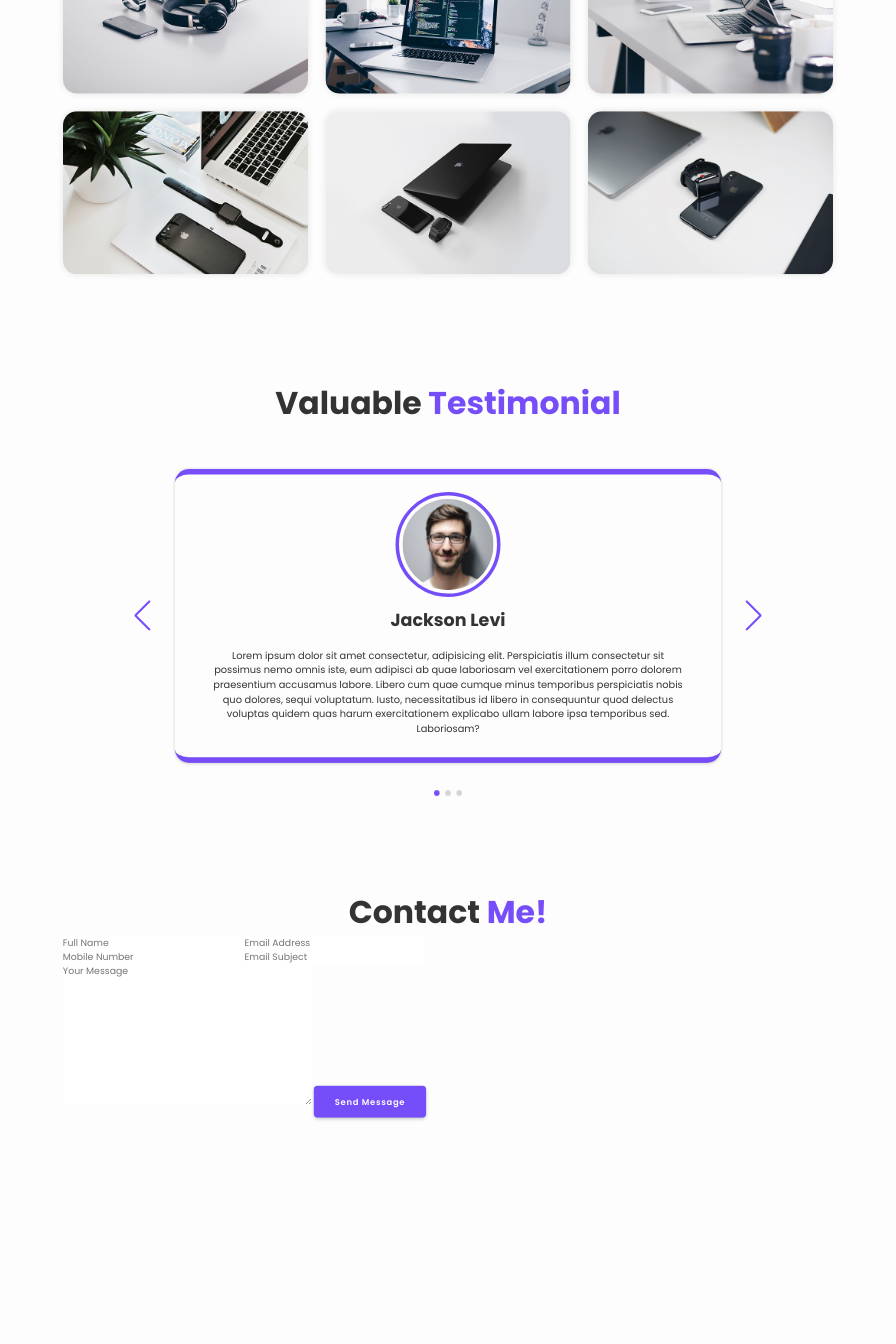
Repository: Gabi-Augusto/Portfolio
Page: index.html
These files come from the project's save history. The page is drawn as it stood at one moment and after the next save; the edit follows.
The browser window is 1280 px wide. The pictures show the part of the page from y = 2417 to 4337 px (the page is 4337 px tall), at 70% of full size.

Above is the page before, as saved 2023-11-29 20:50:51.

### index.html
<!DOCTYPE html>
<html lang="en">

<head>
    <meta charset="UTF-8">
    <meta http-equiv="X-UA-Compatible" content="IE=edge">
    <meta name="viewport" content="width=device-width, initial-scale=1.0">
    <title>Portfolio Website Design | Gabriela Augusto</title>

    <!-- swiper css -->
    <link rel="stylesheet" href="https://cdn.jsdelivr.net/npm/swiper@9/swiper-bundle.min.css" />

    <!-- box icons -->
    <link href='https://unpkg.com/boxicons@2.1.4/css/boxicons.min.css' rel='stylesheet'>

    <!-- custom css -->
    <link rel="stylesheet" href="css/style.css">
</head>

<body>

    <!-- header design -->
    <header class="header">
        <a href="#" class="logo">Portfolio.</a>

        <nav class="navbar">
            <a href="#home" class="active">Home</a>
            <a href="#about">About</a>
            <a href="#services">Services</a>
            <a href="#portfolio">Portfolio</a>
            <a href="#contact">Contact</a>
        </nav>

        <div class="bx bx-moon" id="darkMode-icon"></div>
    </header>

    <!-- home section design -->
    <section class="home" id="home">
        <div class="home-content">
            <h3>Hello, I am</h3>
            <h1>Gabriela Augusto</h1>
            <p>Lorem ipsum, dolor sit amet consectetur adipisicing elit. Veritatis sequi amet numquam sunt eius quae deleniti dolore voluptatum.</p>

            <div class="social-media">
                <a href="#"><i class='bx bxl-instagram-alt'></i></a>
                <a href="#"><i class='bx bxl-linkedin' ></i></a>
                <a href="#"><i class='bx bxl-github' ></i></a>
            </div>

            <a href="#" class="btn">Download CV</a>
        </div>

        <div class="profession-container">
            <div class="profession-box">
                <div class="profession" style="--i:0;">
                    <i class='bx bx-cloud'></i>
                    <h3>Salesforce Developer</h3>
                </div>
                <div class="profession" style="--i:1;">
                    <i class='bx bx-bulb'></i>
                    <h3>Business Analyst</h3>
                </div>
                <div class="profession" style="--i:2;">
                    <i class='bx bx-palette'></i>
                    <h3>Web Designer</h3>
                </div>
                <div class="profession" style="--i:3;">
                    <i class='bx bx-code-alt' ></i>
                    <h3>FullStack Developer</h3>
                </div>
                <div class="circle"></div>
            </div>
            <div class="overlay"></div>
        </div>
        <div class="home-img">
            <img src="imagens/home.png" alt="">
        </div>
    </section>

    <!-- about section design -->

    <section class="about" id="about">
        <div class="about-img">
            <img src="imagens/about.png" alt="">
        </div>

        <div class="about-content">
            <h2 class="heading">About <span>Me</span></h2>
            <h3>Hi, I'm Here To Help Your Next Project!</h3>
            <p>Lorem ipsum dolor sit, amet consectetur adipisicing elit. Consequatur laudantium reiciendis voluptates maxime optio cumque accusantium sunt temporibus cupiditate! Sed mollitia id doloribus nesciunt odit harum, praesentium aliquid. Soluta, harum est eveniet quos provident veritatis eaque ullam voluptate laudantium deleniti?</p>
            <a href="#" class="btn">Read More</a>
        </div>
    </section>

    <!-- services section design -->

    <section class="services" id="services">
        <h2 class="heading">My <span>Services</span></h2>

        <div class="services-container">
            <div class="services-box">
                <i class='bx bx-code-alt' ></i>
                <h3>Salesforce Development</h3>
                <p>Lorem ipsum dolor sit amet consectetur adipisicing elit. Corrupti quidem blanditiis error dignissimos. Quos eligendi totam quod nesciunt modi harum incidunt accusamus.</p>
                <a href="#" class="btn">Read More</a>
            </div>
            <div class="services-box">
                <i class='bx bxs-paint'></i>
                <h3>Graphic Design</h3>
                <p>Lorem ipsum dolor sit amet consectetur adipisicing elit. Corrupti quidem blanditiis error dignissimos. Quos eligendi totam quod nesciunt modi harum incidunt accusamus.</p>
                <a href="#" class="btn">Read More</a>
            </div>
            <div class="services-box">
                <i class='bx bx-bar-chart-alt'></i>
                <h3>Digital Marketing</h3>
                <p>Lorem ipsum dolor sit amet consectetur adipisicing elit. Corrupti quidem blanditiis error dignissimos. Quos eligendi totam quod nesciunt modi harum incidunt accusamus.</p>
                <a href="#" class="btn">Read More</a>
            </div>
        </div>
    </section>

    <!-- portfolio section design -->

    <section class="portfolio" id="portfolio">
        <h2 class="heading">Latest <span>Project</span></h2>

        <div class="portfolio-container">
            <div class="portfolio-box">
                <img src="imagens/portfolio1.jpg" alt="">

                <div class="portfolio-layer">
                    <h4>Web Desing</h4>
                    <p>Lorem ipsum dolor sit amet consectetur adipisicing elit. Asperiores, ut possimus!</p>
                    <a href="#"><i class='bx bx-link-external' ></i></a>
                </div>
            </div>

            <div class="portfolio-box">
                <img src="imagens/portfolio2.jpg" alt="">

                <div class="portfolio-layer">
                    <h4>Web Desing</h4>
                    <p>Lorem ipsum dolor sit amet consectetur adipisicing elit. Asperiores, ut possimus!</p>
                    <a href="#"><i class='bx bx-link-external' ></i></a>
                </div>
            </div>

            <div class="portfolio-box">
                <img src="imagens/portfolio3.jpg" alt="">

                <div class="portfolio-layer">
                    <h4>Web Desing</h4>
                    <p>Lorem ipsum dolor sit amet consectetur adipisicing elit. Asperiores, ut possimus!</p>
                    <a href="#"><i class='bx bx-link-external' ></i></a>
                </div>
            </div>

            <div class="portfolio-box">
                <img src="imagens/portfolio4.jpg" alt="">

                <div class="portfolio-layer">
                    <h4>Web Desing</h4>
                    <p>Lorem ipsum dolor sit amet consectetur adipisicing elit. Asperiores, ut possimus!</p>
                    <a href="#"><i class='bx bx-link-external' ></i></a>
                </div>
            </div>

            <div class="portfolio-box">
                <img src="imagens/portfolio5.jpg" alt="">

                <div class="portfolio-layer">
                    <h4>Web Desing</h4>
                    <p>Lorem ipsum dolor sit amet consectetur adipisicing elit. Asperiores, ut possimus!</p>
                    <a href="#"><i class='bx bx-link-external' ></i></a>
                </div>
            </div>

            <div class="portfolio-box">
                <img src="imagens/portfolio6.jpg" alt="">

                <div class="portfolio-layer">
                    <h4>Web Desing</h4>
                    <p>Lorem ipsum dolor sit amet consectetur adipisicing elit. Asperiores, ut possimus!</p>
                    <a href="#"><i class='bx bx-link-external' ></i></a>
                </div>
            </div>

        </div>
    </section>

    <!-- testimonial design -->

    <div class="testimonial-container">
        <h2 class="heading">Valuable <span>Testimonial</span></h2>

        <div class="testimonial-wrapper">
            <div class="testimonial-box mySwiper">
                <div class="testimonial-content swiper-wrapper">
                    <div class="testimonial-slide swiper-slide">
                        <img src="imagens/testimonial1.jpg" alt="">
                        <h3>Jackson Levi</h3>
                        <p>Lorem ipsum dolor sit amet consectetur, adipisicing elit. Perspiciatis illum consectetur sit possimus nemo omnis iste, eum adipisci ab quae laboriosam vel exercitationem porro dolorem praesentium accusamus labore. Libero cum quae cumque minus temporibus perspiciatis nobis quo dolores, sequi voluptatum. Iusto, necessitatibus id libero in consequuntur quod delectus voluptas quidem quas harum exercitationem explicabo ullam labore ipsa temporibus sed. Laboriosam?</p>
                    </div>

                    <div class="testimonial-slide swiper-slide">
                        <img src="imagens/testimonial2.jpg" alt="">
                        <h3>Flora Ocean</h3>
                        <p>Lorem ipsum dolor sit amet consectetur, adipisicing elit. Perspiciatis illum consectetur sit possimus nemo omnis iste, eum adipisci ab quae laboriosam vel exercitationem porro dolorem praesentium accusamus labore. Libero cum quae cumque minus temporibus perspiciatis nobis quo dolores, sequi voluptatum. Iusto, necessitatibus id libero in consequuntur quod delectus voluptas quidem quas harum exercitationem explicabo ullam labore ipsa temporibus sed. Laboriosam?</p>
                    </div>

                    <div class="testimonial-slide swiper-slide">
                        <img src="imagens/testimonial3.jpg" alt="">
                        <h3>Julian Grayson</h3>
                        <p>Lorem ipsum dolor sit amet consectetur, adipisicing elit. Perspiciatis illum consectetur sit possimus nemo omnis iste, eum adipisci ab quae laboriosam vel exercitationem porro dolorem praesentium accusamus labore. Libero cum quae cumque minus temporibus perspiciatis nobis quo dolores, sequi voluptatum. Iusto, necessitatibus id libero in consequuntur quod delectus voluptas quidem quas harum exercitationem explicabo ullam labore ipsa temporibus sed. Laboriosam?</p>
                    </div>
                </div>

                <div class="swiper-button-next"></div>
                <div class="swiper-button-prev"></div>
                <div class="swiper-pagination"></div>

            </div>
        </div>
    </div>

    <!-- contact section design -->

    <section class="contact" id="contact">
        <h2 class="heading">Contact <span>Me!</span></h2>

        <form action="#">

            <div class="input-box">
                <input type="text" placeholder="Full Name">
                <input type="email" placeholder="Email Address">
            </div>

            <div class="input-box">
                <input type="number" placeholder="Mobile Number">
                <input type="text" placeholder="Email Subject">
            </div>
            <textarea name="" id="" cols="30" rows="10" placeholder="Your Message"></textarea>
            <input type="submit" value="Send Message" class="btn">
        </form>
    </section>

    <!-- footer design -->


    <!-- scroll reveal -->
    <script src="https://unpkg.com/scrollreveal"></script>

    <!-- swiper js -->
    <script src="https://cdn.jsdelivr.net/npm/swiper@9/swiper-bundle.min.js"></script>

    <!-- custom js -->
    <script src="js/script.js"></script>
</body>

</html>

### css/style.css
@import url('https://fonts.googleapis.com/css2?family=Poppins:wght@300;400;500;600;700;800;900&display=swap');

* {
    margin: 0;
    padding: 0;
    box-sizing: border-box;
    text-decoration: none;
    border: none;
    outline: none;
    scroll-behavior: smooth;
    font-family: 'Poppins', sans-serif;
}

:root {
    --bg-color: #fdfdfd;
    --text-color: #333;
    --main-color: #754ef9;
    --white-color: #fdfdfd;
    --shadow-color: rgba(0, 0, 0, .2);
}

html {
    font-size: 62.5%;
    overflow-x: hidden;
}

body {
    background: var(--bg-color);
    color: var(--text-color);
}

.header {
    position: fixed;
    top: 0;
    left: 0;
    width: 100%;
    padding: 2rem 7%;
    background: transparent;
    display: flex;
    align-items: center;
    z-index: 100;
    transition: .5s;
}

.header.sticky {
    background: var(--bg-color);
    box-shadow: 0 .1rem 1rem var(--shadow-color);
}

.logo {
    font-size: 2.5rem;
    color: var(--main-color);
    font-weight: 600;
    cursor: default;
    margin-right: auto;
}

.navbar a {
    position: relative;
    font-size: 1.7rem;
    color: var(--white-color);
    font-weight: 500;
    margin-right: 3.5rem;
}

.header.sticky .navbar a {
    color: var(--text-color);
}

.header.sticky .navbar a.active {
    color: var(--main-color);
}

.navbar a.active::before{
    content: '';
    position: absolute;
    left: 0;
    bottom: -6px;
    width: 100%;
    height: .2rem;
    background: var(--white-color);
}

.header.sticky .navbar a::before {
    background: var(--main-color);
    opacity: .7;
}

#darkMode-icon {
    font-size: 2.4rem;
    color: var(--white-color);
    cursor: pointer;
}

.header.sticky #darkMode-icon{
    color: var(--text-color);
    opacity: .9;
}

section {
    min-height: 100vh;
    padding: 7rem 7% 2rem;
}

.home {
    display: flex;
    align-items: center;
}

.home .home-content {
    max-width: 44rem;
}

.home-content h3 {
    font-size: 3.2rem;
    font-weight: 700;
    line-height: .3;
}

.home-content h1 {
    font-size: 4.8rem;
    font-weight: 700;
    margin-bottom: .3rem;
}

.home-content p {
    font-size: 1.6rem;
}

.home-content .social-media a {
    display: inline-flex;
    justify-content: center;
    align-items: center;
    width: 4rem;
    height: 4rem;
    background: transparent;
    border: .2rem solid var(--main-color);
    border-radius: 50%;
    box-shadow: 0 .2rem .5rem  var(--shadow-color);
    font-size: 2rem;
    color: var(--main-color);
    margin: 2.5rem 1.5rem 3rem 0;
    transition: .5s ease;
}

.home-content .social-media a:hover {
    background: var(--main-color);
    color: var(--white-color);
}

.btn {
    display: inline-block;
    padding: 1.2rem 2.8rem;
    background: var(--main-color);
    border-radius: .6rem;
    box-shadow: 0 .2rem .5rem var(--shadow-color);
    font-size: 1.2rem;
    color: var(--white-color);
    letter-spacing: .1rem;
    font-weight: 600;
    border: .2rem solid transparent;
    transition: .5s ease;
}

.btn:hover {
    background: transparent;
    color: var(--main-color);
    border-color: var(--main-color);
}

.home .profession-container {
    position: absolute;
    top: 48%;
    right: 30px;
    transform: translateY(-50%);
    width: 680px;
    height: 680px;
    overflow: hidden;
    pointer-events: none;
}

.home .profession-container .profession-box {
    position: absolute;
    top: 0;
    right: 0;
    width: 680px;
    height: 680px;
    border-radius: 50%;
    display: flex;
    justify-content: center;
    align-items: center;
}

.home .profession-box .profession {
    position: absolute;
    left: 0;
    display: flex;
    align-items: center;
    flex-direction: column;
    color: var(--main-color);
    transform: rotate(calc(360deg / 4 * var(--i)));
    transform-origin: 340px;
    background: var(--bg-color);
    padding: 13px 0;
}

.home .profession-box .profession:nth-child(1) i {
    margin-right: 15px;
}

.home .profession-box .profession:nth-child(2),
.home .profession-box .profession:nth-child(4) {
    padding-bottom: 20px;
}

.home .profession i {
    font-size: 3.8rem;
}

.home .profession h3 {
    font-size: 2.4rem;
    line-height: 1;
    font-weight: 600;
}

.home .profession-box .circle {
    width: 520px;
    height: 520px;
    border: 3px solid var(--main-color);
    border-radius: 50%;
}

.home .profession-container .overlay {
    position: absolute;
    top: 0;
    right: 0;
    width: 0;
    height: 0;
    border-top: 340px solid var(--main-color);
    border-right: 340px solid var(--main-color);
    border-bottom: 340px solid var(--main-color);
    border-left: 340px solid transparent;
}

.home-img img {
    position: absolute;
    bottom: 0;
    top: 83px;
    right: 70px;
    width: 29%;
    pointer-events: none;
}

span {
    color: var(--main-color);
}

.about {
    display: flex;
    justify-content: center;
    align-items: center;
    gap: 6rem;
}

.about-img img {
    width: 40vw;
}

.heading {
    font-size: 4.5rem;
    text-align: center;
}

.about-content h2 {
    text-align: left;
    line-height: 1.2;
}

.about-content h3 {
    font-size: 2rem;
}

.about-content p {
    font-size: 1.6rem;
    margin: 2rem 0 3rem;
}

.services {
    min-height: auto;
    padding-bottom: 7rem;
}

.services h2 {
    margin-bottom: 5rem;
}

.services .services-container {
    display: flex;
    justify-content: center;
    align-items: center;
    flex-wrap: wrap;
    gap: 2rem;
}

.services-container .services-box {
    flex: 1 1 30rem;
    background: var(--bg-color);
    padding: 3rem 2rem 4rem;
    border-radius: 2rem;
    box-shadow: 0 .1rem .5rem var(--shadow-color);
    text-align: center;
    border-top: .6rem solid var(--main-color);
    border-bottom: .6rem solid var(--main-color);
    transition: .5s ease;
}

.services-container .services-box:hover {
    box-shadow: 0 .1rem 2rem var(--shadow-color);
    transform: scale(1.02);
}

.services-box i {
    font-size: 7rem;
    color: var(--main-color);
}

.services-box h3 {
    font-size: 2.6rem;
    transition: .5s ease;
}

.services-box:hover h3 {
    color: var(--main-color);
}

.services-box p {
    font-size: 1.6rem;
    margin: 1rem 0 3rem;
}

.portfolio {
    padding-bottom: 10rem;
}

.portfolio h2 {
    margin-bottom: 4rem;
}

.portfolio .portfolio-container {
    display: grid;
    grid-template-columns: repeat(3, 1fr);
    align-items: center;
    gap: 2.5rem;
}

.portfolio-container .portfolio-box{
    position: relative;
    display: flex;
    border-radius: 2rem;
    box-shadow: 0 0 1rem rgba(0, 0, 0, .1);
    overflow: hidden;
}

.portfolio-box img {
    width: 100%;
    transition: .5s ease;
}

.portfolio-box:hover img {
    transform: scale(1.1);
}

.portfolio-box .portfolio-layer {
    position: absolute;
    bottom: 0;
    left: 0;
    width: 100%;
    height: 100%;
    background: linear-gradient(rgba(0, 0, 0, .1), var(--main-color));
    color: var(--white-color);
    display: flex;
    justify-content: center;
    align-items: center;
    flex-direction: column;
    text-align: center;
    padding: 0 4rem;
    opacity: 0;
    transition: .5s ease;
}

.portfolio-box:hover .portfolio-layer {
    opacity: 1;
}

.portfolio-layer h4 {
    font-size: 3rem;
}

.portfolio-layer p {
    font-size: 1.6rem;
    margin: .3rem 0 1rem;
}

.portfolio-layer a {
    display: inline-flex;
    justify-content: center;
    align-items: center;
    width: 5rem;
    height: 5rem;
    background: var(--white-color);
    border-radius: 50%;
}

.portfolio-layer a i {
    font-size: 2rem;
    color: #333;
}

.testimonial-container {
    display: flex;
    align-items: center;
    flex-direction: column;
    width: 100%;
    padding: 5rem 1rem;
}

.testimonial-container .testimonial-wrapper {
    position: relative;
    max-width: 90rem;
    width: 100%;
    padding: 5rem;
}

.testimonial-wrapper .testimonial-box {
    padding: 1rem;
    border-radius: 2rem;
    overflow: hidden;
}

.testimonial-content .testimonial-slide {
    display: flex;
    align-items: center;
    flex-direction: column;
    background: var(--bg-color);
    border-radius: 2rem;
    box-shadow: 0 .1rem .5rem var(--shadow-color);
    padding: 3rem 5rem;
    border-top: .8rem solid var(--main-color);
    border-bottom: .8rem solid var(--main-color);
}

.testimonial-slide img {
    width: 14rem;
    height: 14rem;
    object-fit: cover;
    border-radius: 50%;
    border: .5rem solid var(--bg-color);
    outline: .5rem solid var(--main-color);
}

.testimonial-slide h3 {
    font-size: 2.5rem;
    margin: 2rem 0;
}

.testimonial-slide p {
    font-size: 1.4rem;
    text-align: center;
}

.testimonial-box .swiper-button-next,
.testimonial-box .swiper-button-prev {
    color: var(--main-color);
}

.testimonial-box .swiper-button-next {
    right: 0;
}

.testimonial-box .swiper-button-prev {
    left: 0;
}

.testimonial-box .swiper-pagination-bullet {
    background: rgba(0, 0, 0, .8);
}

.testimonial-box .swiper-pagination-bullet-active {
    background: var(--main-color);
}

### js/script.js
/*========== menu icon navbar ==========*/
let menuIcon = document.querySelector('#menu-icon');
let navbar = document.querySelector('.navbar');


/*========== scroll sections active link ==========*/
let sections = document.querySelectorAll('section');
let navLinks = document.querySelectorAll('header nav a');

window.onscroll = () => {
    /*========== sticky navbar ==========*/
    let header = document.querySelector('.header');

    header.classList.toggle('sticky', window.scrollY > 100);
    /*========== remove menu icon navbar when click navbar link (scroll) ==========*/
};


/*========== swiper ==========*/

var swiper = new Swiper(".mySwiper", {
    slidesPerView: 1,
    spaceBetween: 50,
    loop: true,
    grabCursor: true,
    pagination: {
      el: ".swiper-pagination",
      clickable: true,
    },
    navigation: {
      nextEl: ".swiper-button-next",
      prevEl: ".swiper-button-prev",
    },
  });


/*========== dark light mode ==========*/

/*========== scroll reveal ==========*/

After the next save:
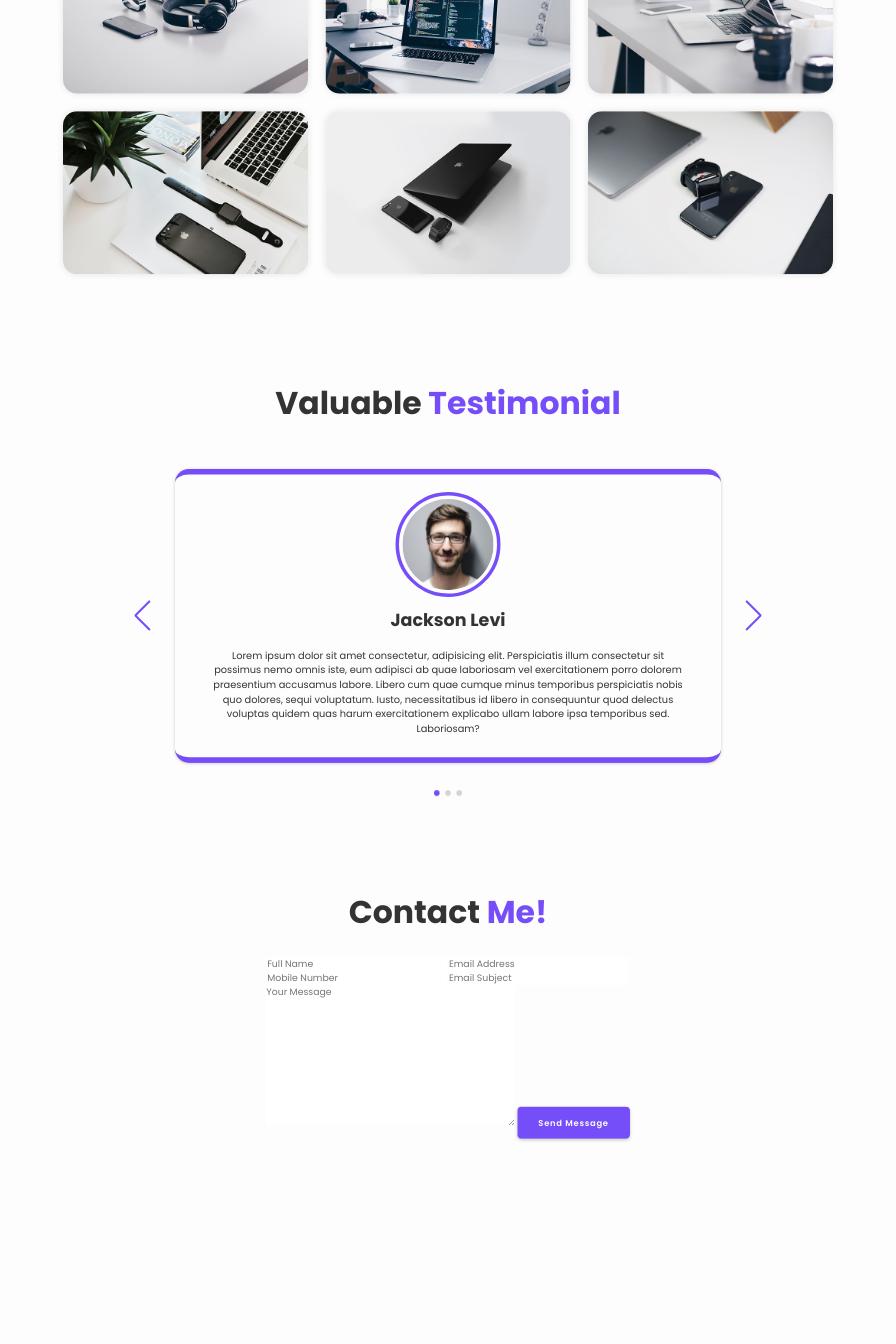
Saved 2 min 9 s later.
--- a/css/style.css
+++ b/css/style.css
@@ -488,3 +488,14 @@ span {
 .testimonial-box .swiper-pagination-bullet-active {
     background: var(--main-color);
 }
+
+.contact h2 {
+    margin-bottom: 3rem;
+}
+
+.contact form {
+    max-width: 70rem;
+    margin: 1rem auto;
+    text-align: center;
+    margin-bottom: 3rem;
+}
